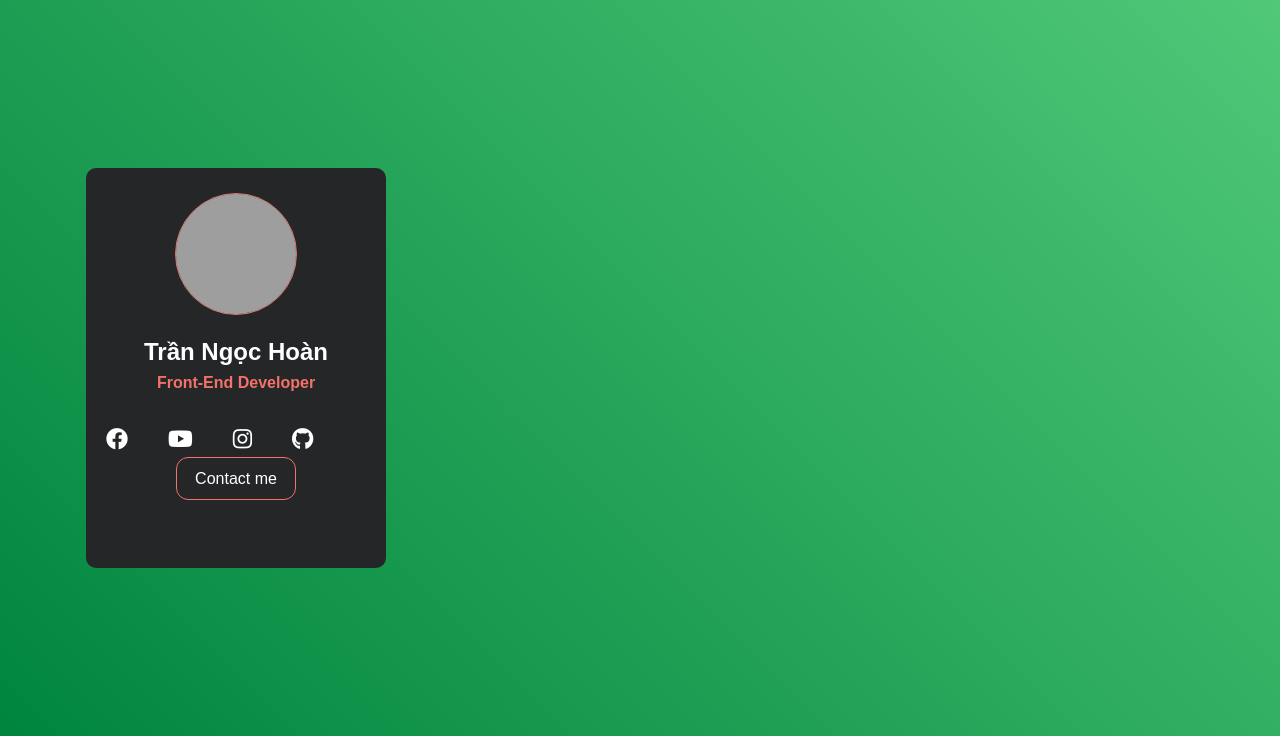
Repository: HoanTiny/30projects-30day
Page: Day 2/index.html
An editor plug-in stored every save of this project. The page is shown before and after the next save, followed by the edit.
The browser window is 1280 px wide. The pictures show the whole page.
Pictures or frames that could not be fetched are drawn as grey boxes. Some web libraries are served in a nearby version.

Above is the page before, as saved 2021-11-30 21:34:11.

### Day 2/index.html
<!DOCTYPE html>
<html lang="en">
    <head>
        <meta charset="UTF-8" />
        <meta http-equiv="X-UA-Compatible" content="IE=edge" />
        <meta name="viewport" content="width=device-width, initial-scale=1.0" />
        <title>Day 2</title>
        <link
            rel="stylesheet"
            href="https://use.fontawesome.com/releases/v5.13.0/css/all.css"
            integrity="sha384-Bfad6CLCknfcloXFOyFnlgtENryhrpZCe29RTifKEixXQZ38WheV+i/6YWSzkz3V"
            crossorigin="anonymous"
        />
        <link rel="stylesheet" href="./style.css">
    </head>
    <body>
        <div class="container">
            <ul class="card-list">
                <li class="card-item">
                    <div class="card-item-img">
                        <img  src="https://scontent.fhan3-1.fna.fbcdn.net/v/t1.6435-9/157852677_1639854009539301_6816323171281456412_n.jpg?_nc_cat=102&ccb=1-5&_nc_sid=09cbfe&_nc_ohc=XVa0LNTU2EsAX_R0DIB&_nc_ht=scontent.fhan3-1.fna&oh=e10dbaffbb6516a088232d98e0eb552f&oe=61CB24BE"></img>
                    </div>
                    <p class="card-item-name">Trần Ngọc Hoàn</p>
                    <p class="card-item-duty">Front-End Developer</p>
                    <div class="social-media-list">
                        <a href="https://www.facebook.com/hoandz93/" class="social-media-item"><i class="fab fa-facebook facebook-icon"></i></a>
                        <a href="https://www.youtube.com/watch?v=BBxEgnH-tQU" class="social-media-item"><i class="fab fa-youtube"></i></a>
                        <a href="https://www.instagram.com/tran.ngochoan24/" class="social-media-item"><i class="fab fa-instagram"></i></a>
                        <a href="https://github.com/HoanTiny" class="social-media-item"><i class="fab fa-github"></i></a>
                    </div>
                    <a href="mailto: thedevil0903@gmail.com" class="card-item-contact">Contact me</a>
                </li>
            </ul>
        </div>
    </body>
</html>

### Day 2/style.css
* {
    font-family: "Poppins", sans-serif;
}

body {
    background: linear-gradient(45deg, #00853e, #50c878);
    display: flex;
    align-items: center;
    justify-content: center;
    height: 100vh;
}

a {
    text-decoration: none;
}

.container {
    display: flex;
    width: 100%;
    padding: 12px 48px;
}

.card-list {
    padding-left: 0;
    display: flex;
}

.card-item {
    width: 300px;
    height: 400px;
    border-radius: 10px;
    text-align: center;
    background-color: #242628;
    overflow: hidden;
    margin: 0 30px;
}

.card-item-img {
    width: 120px;
    height: 120px;
    overflow: hidden;
    transition: 0.25s;
    margin: 0 auto;
    transform: translateY(25px);
    border-radius: 50%;
    border: 1px solid #f2726a;
}

img {
    object-fit: cover;
    object-position: center;
    width: 100%;
    height: 100%;
}

.card-item-img:hover {
    width: 100%;
    height: 100%;
    border-radius: unset;
    border: unset;
    transform: unset;
}
.card-item-name {
    color: #fff;
    margin-top: 48px;
    margin-bottom: 0;
    font-size: 24px;
    font-weight: bold;
}

.card-item-duty {
    color: #f2726a;
    font-weight: bold;
    margin-top: 8px;
    font-size: 16px;
}

.social-media-list {
    display: flex;
}

.social-media-item i {
    font-size: 22px;
    color: #fff;
    margin: 20px;
}

.card-item-contact {
    color: #fff;
    border: 1px solid #f2726a;
    padding: 12px 18px;
    border-radius: 12px;
}

After the next save:
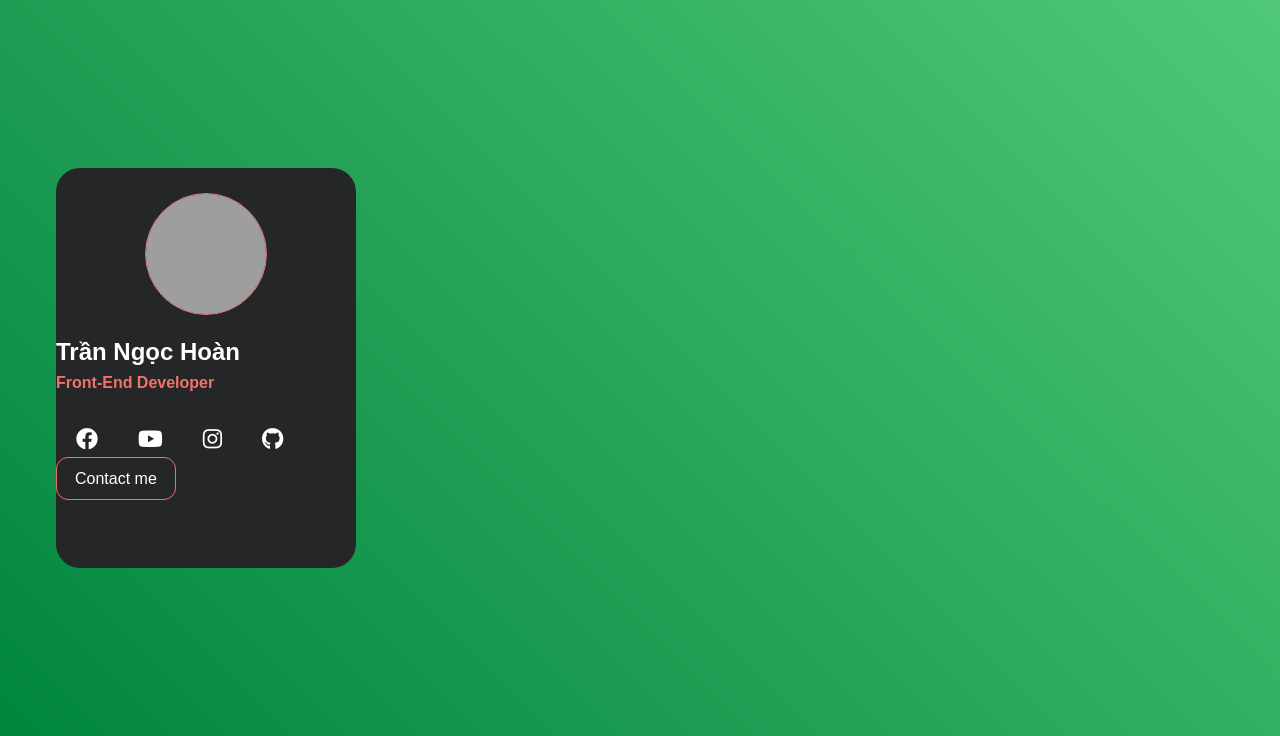
Saved 13 s later.
--- a/Day 2/style.css
+++ b/Day 2/style.css
@@ -28,11 +28,10 @@ a {
 .card-item {
     width: 300px;
     height: 400px;
-    border-radius: 10px;
-    text-align: center;
     background-color: #242628;
+
+    border-radius: 24px;
     overflow: hidden;
-    margin: 0 30px;
 }
 
 .card-item-img {
